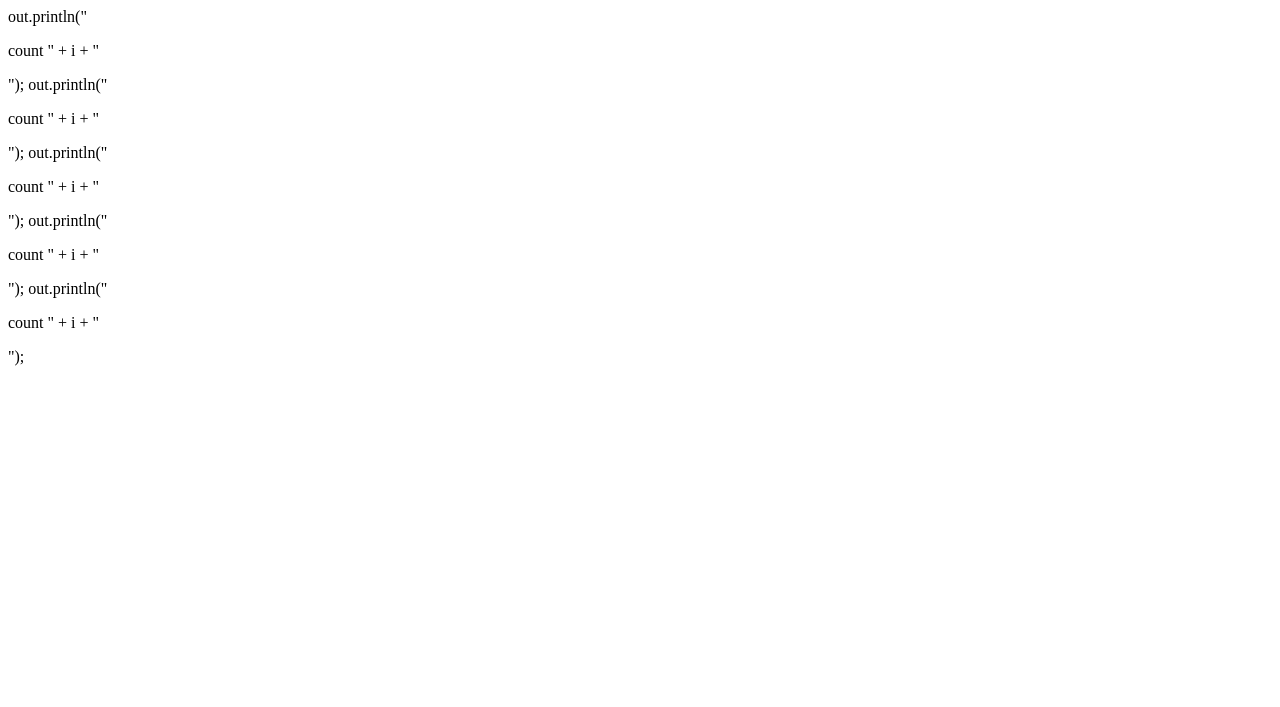
Repository: Sanetuk/jspprojects
Page: http://localhost/myweb/scripttest.jsp
The author's editor kept a copy of each file at every save. The page is drawn from the files as they stood at one save, then again after the next save.
The browser window is 1280 px wide. The pictures show the whole page.
The page is served by Tomcat 9. Other server files are loaded and not shown.

Above is the page before, as saved 2024-08-06 06:58:24.

### myweb/src/main/webapp/scripttest.jsp
<%@ page language="java" contentType="text/html; charset=UTF-8"
    pageEncoding="UTF-8"%>
<!DOCTYPE html>
<html>
<head>
<meta charset="UTF-8">
<title>Insert title here</title>
</head>
<body>
	<%! int count = 10; %>

	<%
		for(int i=0;i<5;i++) {
	%>
			out.println("<p>count " + i + "</p>");
	<%
		}
		count = 500;
	%>




</body>
</html>

After the next save:
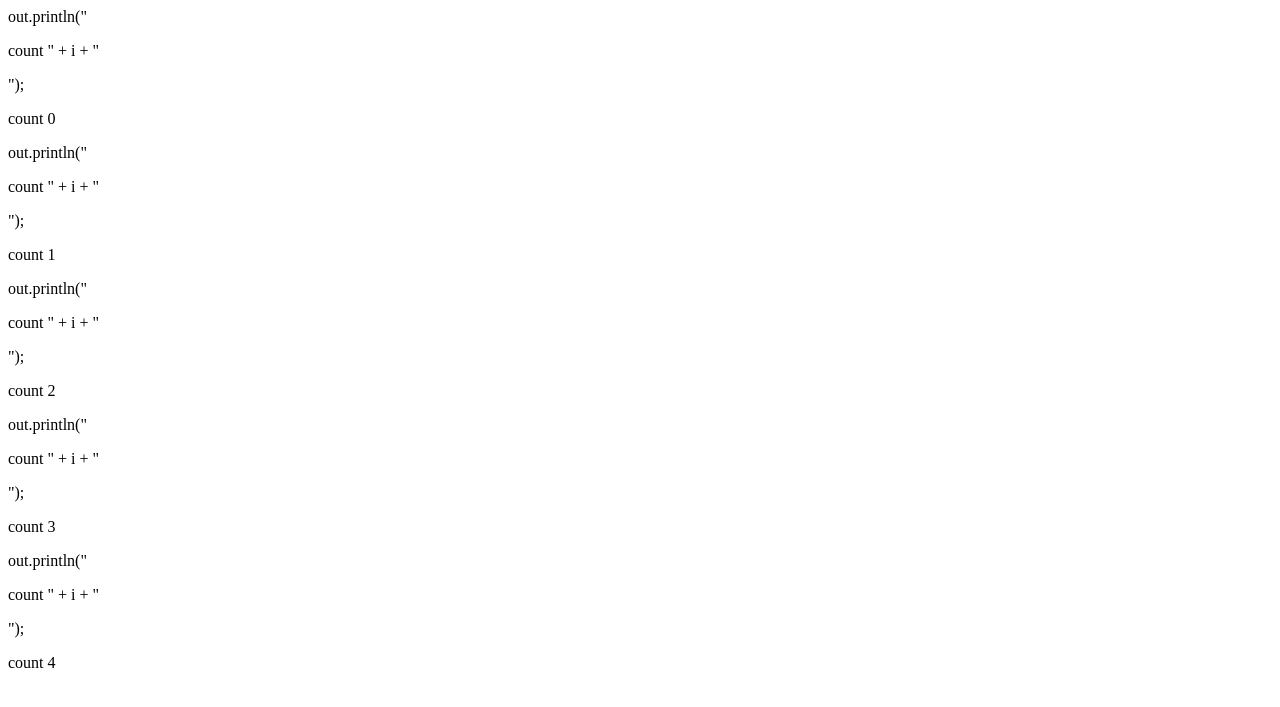
Saved 51 s later.
--- a/myweb/src/main/webapp/scripttest.jsp
+++ b/myweb/src/main/webapp/scripttest.jsp
@@ -10,9 +10,12 @@
 	<%! int count = 10; %>
 
 	<%
+		//이거를 스크립틀릿이라고 합니다. 스크립트 태그 중 하나.
+		//이 구간은 자바문법이 적용된다.
 		for(int i=0;i<5;i++) {
 	%>
-			out.println("<p>count " + i + "</p>");
+			out.println("<p>count " + i + "</p>"); <br>
+			<p>count <%= i %></p>
 	<%
 		}
 		count = 500;
